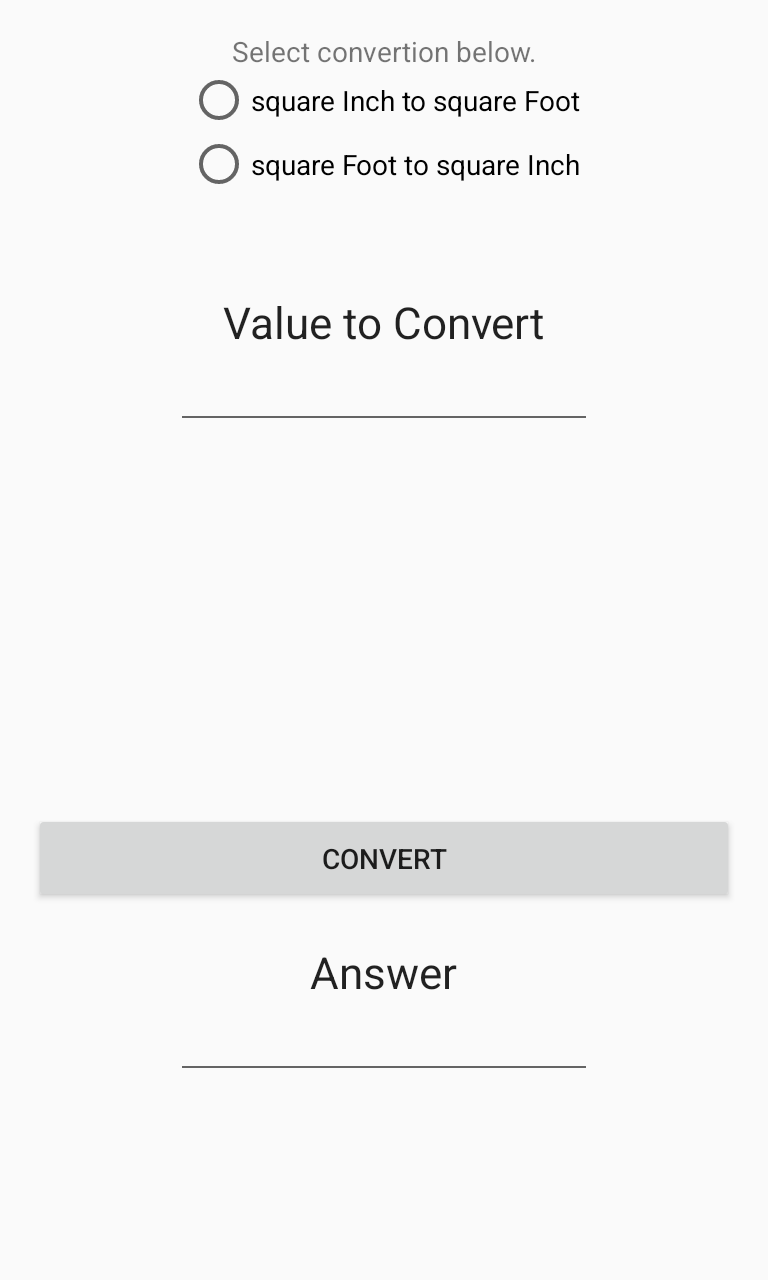
Repository: awayzo/6300Fall14Assignment4
Layout: UnitConvertor/res/layout/activity_area.xml
The author's editor kept a copy of each file at every save. The layout is drawn from the files as they stood at one save, then again after the next save.
It is drawn on a 768 x 1280 px phone screen (xhdpi) without system bars, with theme AppTheme; the app's code is not run.

Above is the layout before, as saved 2014-09-26 22:15:16.

After the next save:
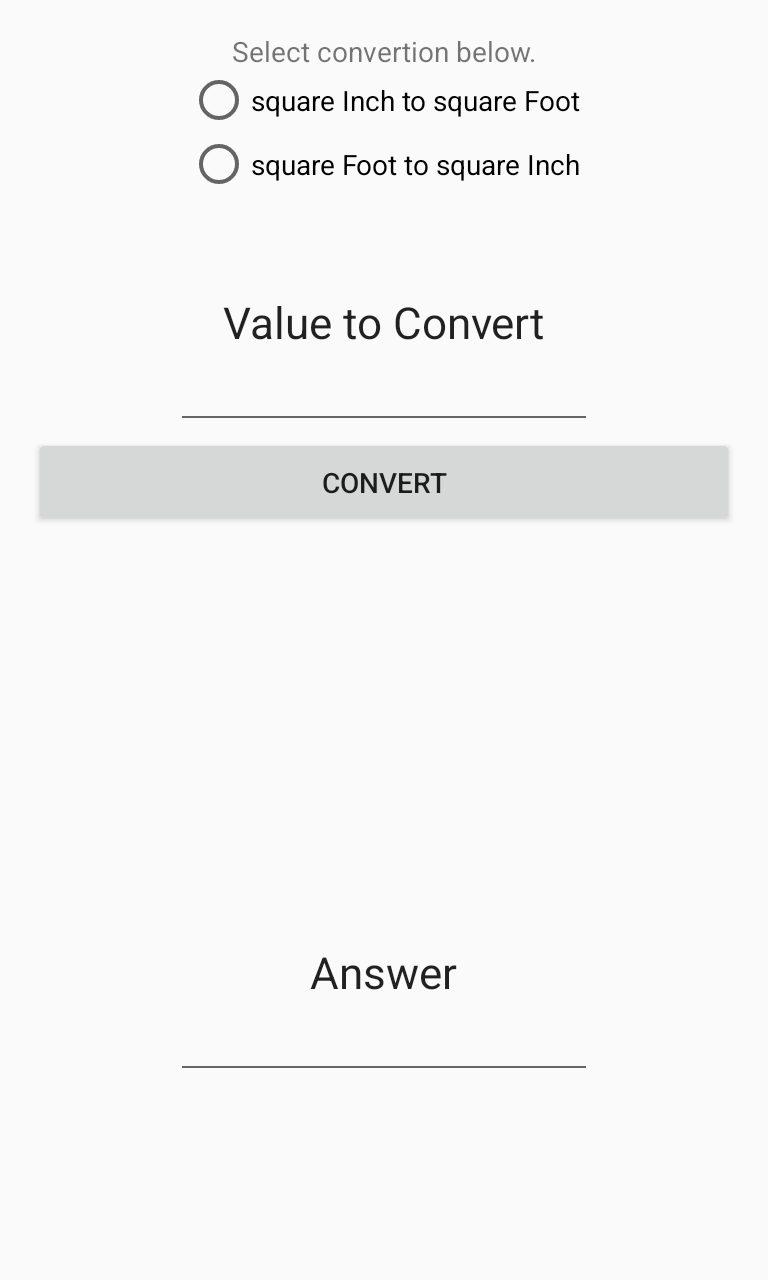
Saved 16 s later.
--- a/UnitConvertor/res/layout/activity_area.xml
+++ b/UnitConvertor/res/layout/activity_area.xml
@@ -7,15 +7,6 @@
     android:paddingRight="@dimen/activity_horizontal_margin"
     android:paddingTop="@dimen/activity_vertical_margin"
     tools:context="edu.gatech.seclass.unitconvertor.AreaActivity" >
-
-   <TextView
-        android:id="@+id/lblAnswer"
-        android:layout_width="wrap_content"
-        android:layout_height="wrap_content"
-        android:layout_above="@+id/txtAnswer"
-        android:layout_centerHorizontal="true"
-        android:text="Answer"
-        android:textAppearance="?android:attr/textAppearanceLarge" />
 
 
     <TextView
@@ -47,15 +38,6 @@
         android:ems="10"
         android:inputType="numberDecimal" />
 
-    <Button
-        android:id="@+id/btnConvert"
-        android:layout_width="match_parent"
-        android:layout_height="wrap_content"
-        android:layout_above="@+id/lblAnswer"
-        android:layout_centerHorizontal="true"
-        android:layout_marginBottom="18dp"
-        android:text="Convert" />
-
     <EditText
         android:id="@+id/txtAnswer"
         android:layout_width="wrap_content"
@@ -82,4 +64,21 @@
         android:layout_marginTop="18dp"
         android:text="square Inch to square Foot" />
 
+     <Button
+         android:id="@+id/btnConvert"
+         android:layout_width="match_parent"
+         android:layout_height="wrap_content"
+         android:layout_below="@+id/txtValue"
+         android:layout_centerHorizontal="true"
+         android:text="Convert" />
+
+     <TextView
+         android:id="@+id/lblAnswer"
+         android:layout_width="wrap_content"
+         android:layout_height="wrap_content"
+         android:layout_above="@+id/txtAnswer"
+         android:layout_centerHorizontal="true"
+         android:text="Answer"
+         android:textAppearance="?android:attr/textAppearanceLarge" />
+
 </RelativeLayout>
